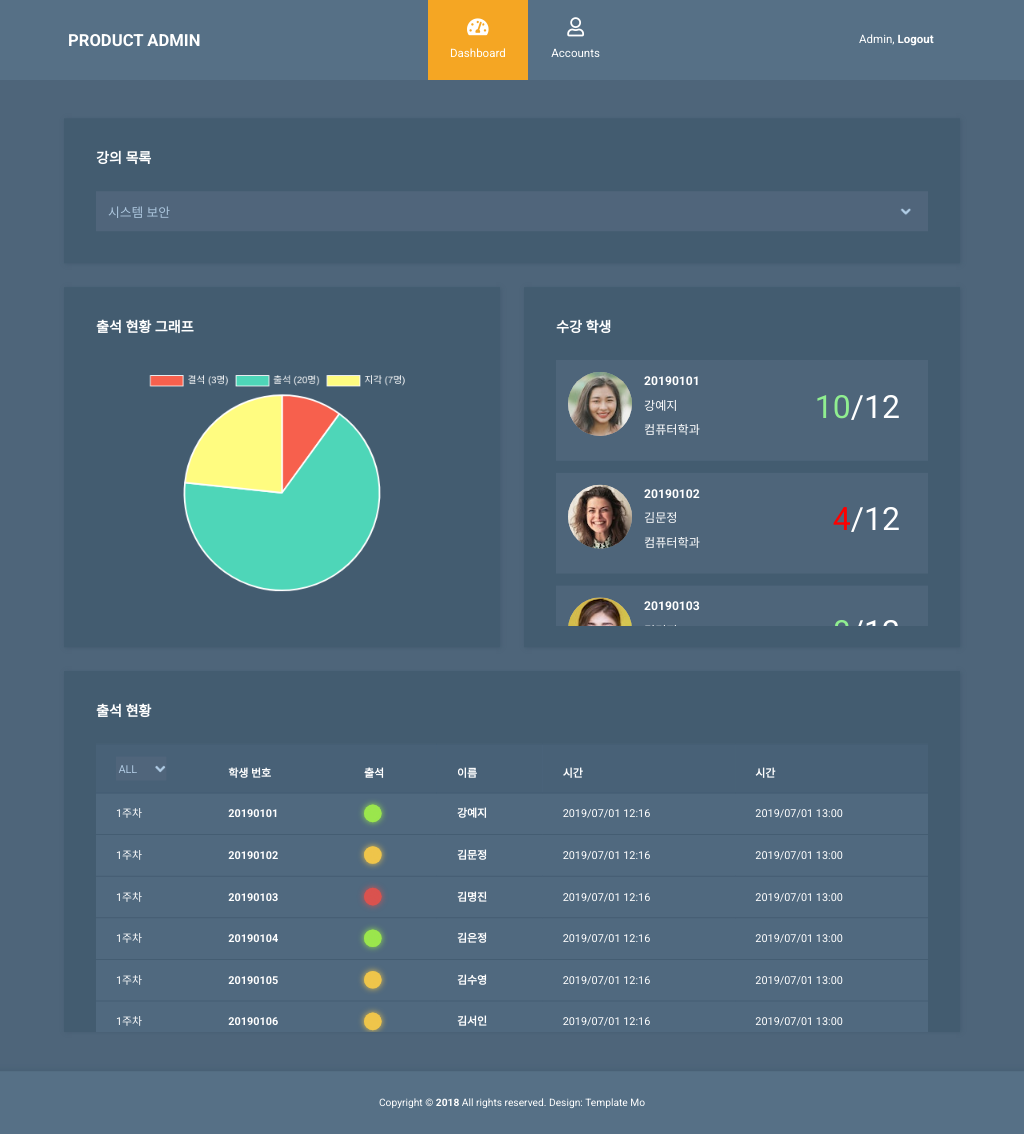
Repository: YJ-S2/2019-FaceAPI
Page: test1-master/web/123/WebContent/web1.html
The author's editor kept a copy of each file at every save. The page is drawn from the files as they stood at one save, then again after the next save.
The browser window is 1280 px wide. The pictures show the whole page, at 80% of full size.
An inner scrolling area shows only its first screen.

Above is the page before, as saved 2019-08-11 16:26:41.

After the next save:
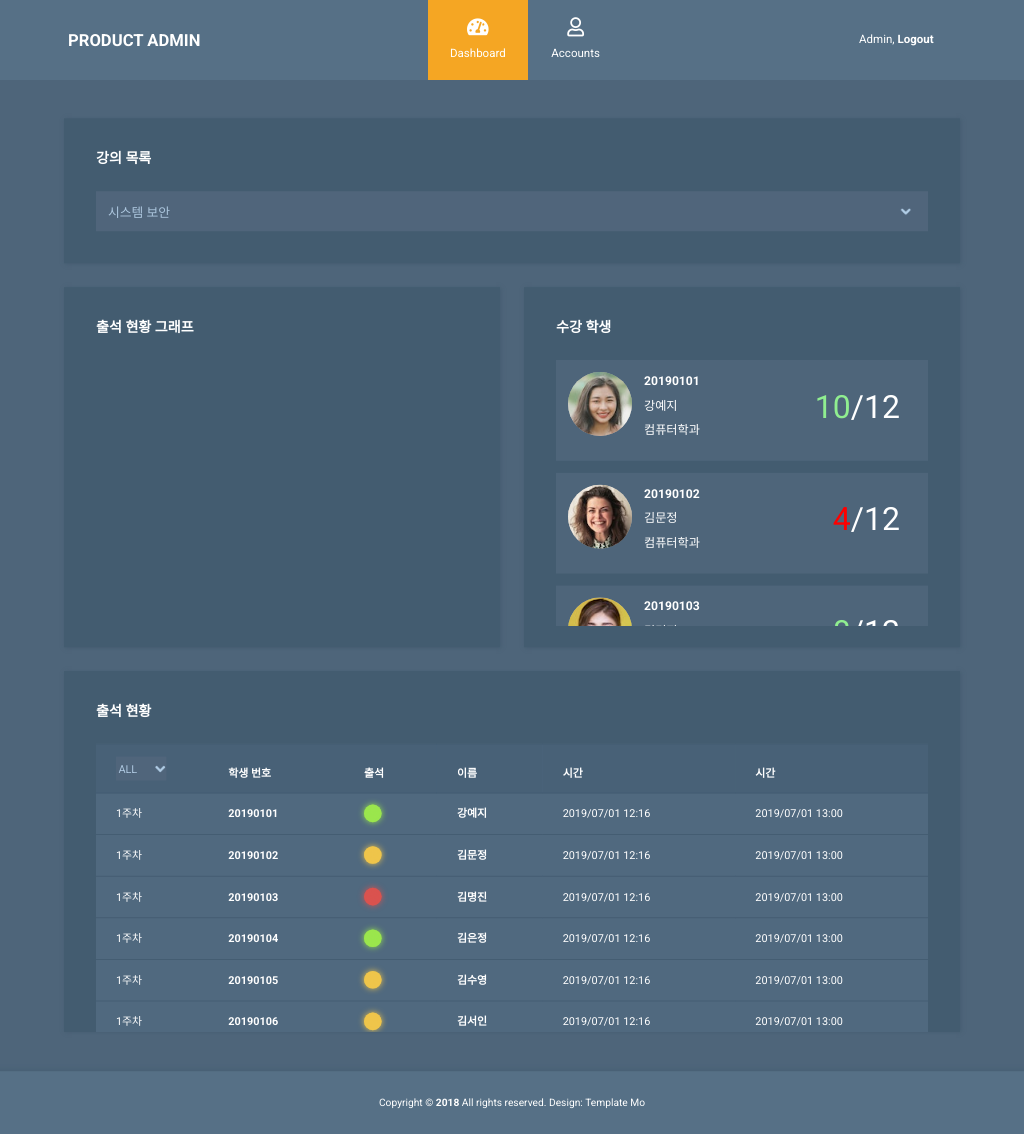
Console error: ReferenceError: drawPieChart is not defined
Saved 11 s later.
--- a/test1-master/web/123/WebContent/js/tooplate-scripts.js
+++ b/test1-master/web/123/WebContent/js/tooplate-scripts.js
@@ -1,51 +1,5 @@
 const width_threshold = 480;
 
-function drawPieChart() {
-  if ($("#pieChart").length) {
-    var chartHeight = 300;
-
-    $("#pieChartContainer").css("height", chartHeight + "px");
-
-    ctxPie = document.getElementById("pieChart").getContext("2d");
-
-    optionsPie = {
-      responsive: true,
-      maintainAspectRatio: false,
-      layout: {
-        padding: {
-          left: 10,
-          right: 10,
-          top: 10,
-          bottom: 10
-        }
-      },
-      legend: {
-        position: "top"
-      }
-    };
-
-    configPie = {
-      type: "pie",
-      data: {
-        datasets: [
-          {
-            data: [3, 20, 7],
-            backgroundColor: ["#F7604D", "#4ED6B8", "#FFFC80"],
-            label: "Storage"
-          }
-        ],
-        labels: [
-          "결석 (3명)",
-          "출석 (20명)",
-          "지각 (7명)"
-        ]
-      },
-      options: optionsPie
-    };
-
-    pieChart = new Chart(ctxPie, configPie);
-  }
-}
 
 function updateLineChart() {
   if (lineChart) {
